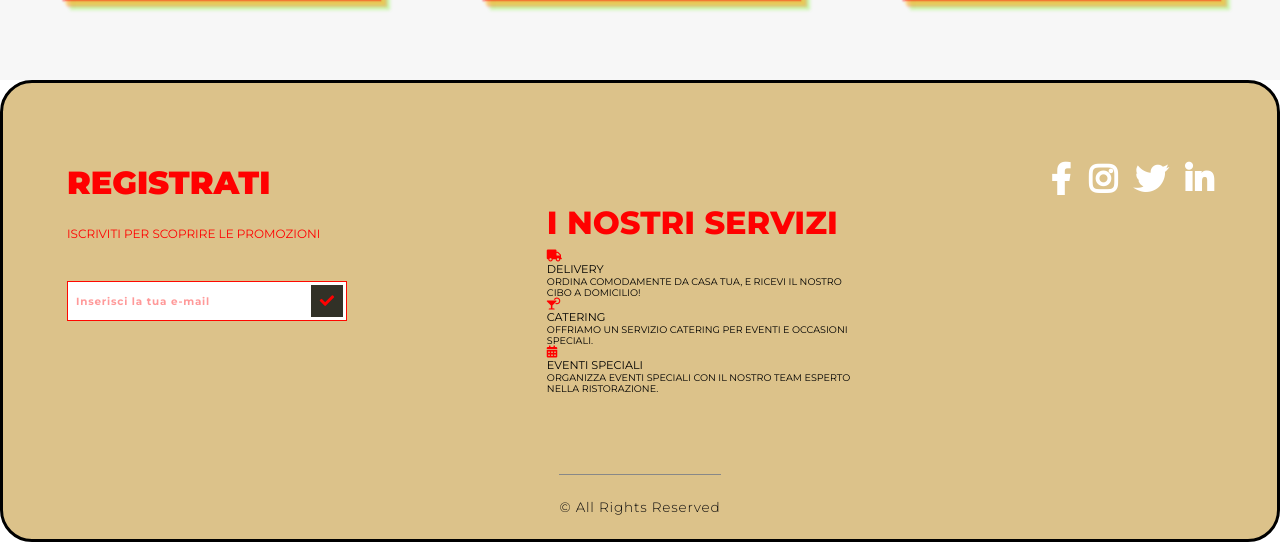
Repository: Probyte5D/ResponsiveFoodWebsite
Page: index.html
These files come from the project's save history. The page is drawn as it stood at one moment and after the next save; the edit follows.
The browser window is 1280 px wide. The pictures show the part of the page from y = 2305 to 2901 px (the page is 2847 px tall before and 2901 px after).
Backgrounds fixed to the window are drawn as part of the page. Some web fonts or font styles are not loaded; a fallback is used.

Above is the page before, as saved 2025-04-06 19:52:17.

After the next save:
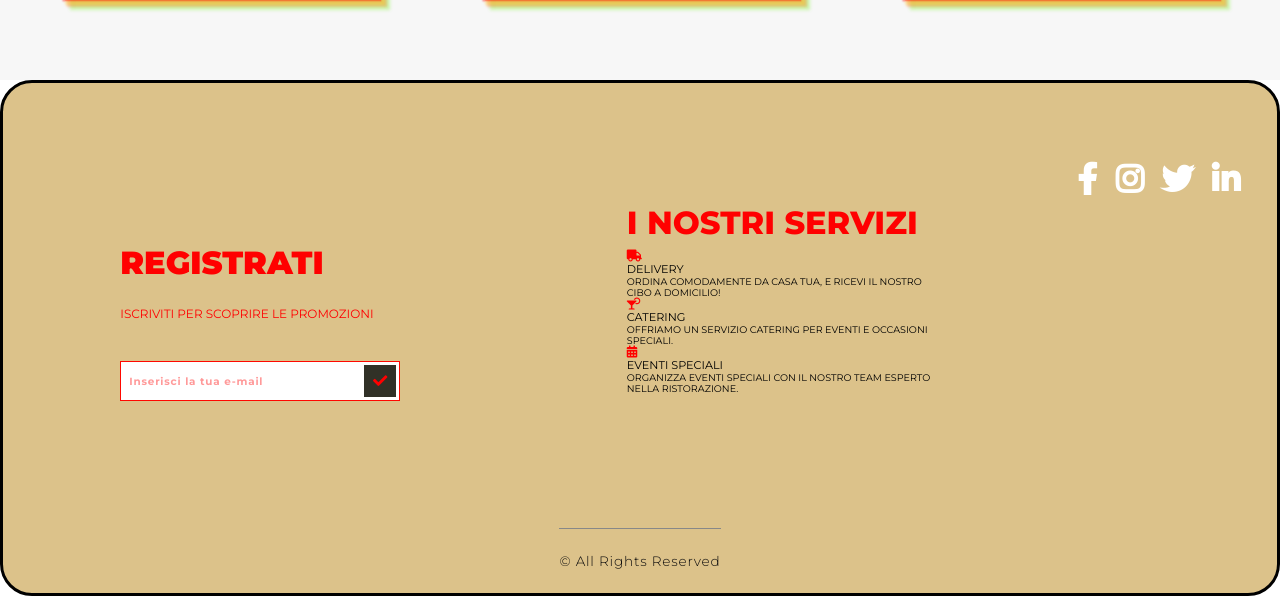
Saved 51 s later.
--- a/style.css
+++ b/style.css
@@ -562,7 +562,10 @@ padding-left: 2rem;
     height: 25rem;
     margin: 5rem;
   }
-
-
-
-}
+  .section-4-text{
+    height: auto;
+    padding: 10rem 10rem 12rem 10rem;
+  }
+
+
+}
